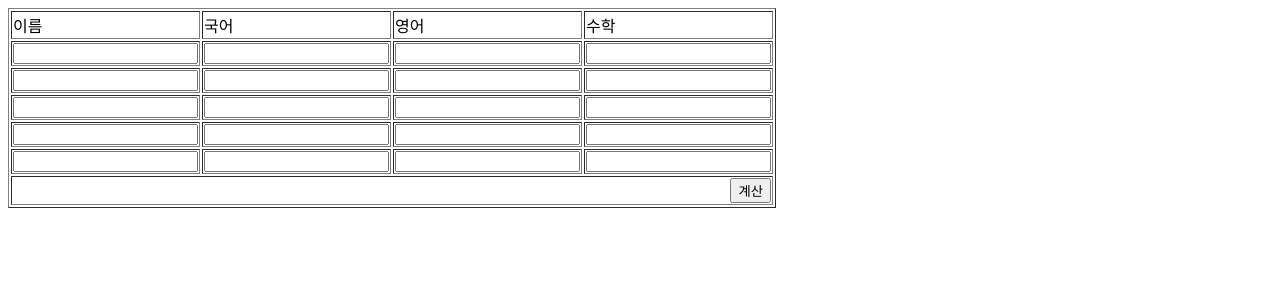
Repository: pshho/newJspProject
Page: http://localhost/JspProj/calc/student.jsp
These files come from the project's save history. The page is drawn as it stood at one moment and after the next save; the edit follows.
The browser window is 1280 px wide. The pictures show the whole page.
The page is served by Tomcat 9.

Above is the page before, as saved 2023-07-27 08:18:14.

After the next save:
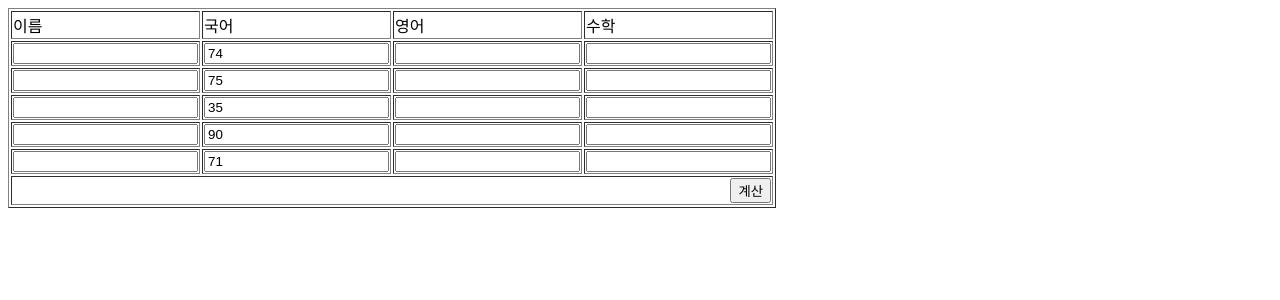
Saved 17 min 50 s later.
--- a/JspProj/src/main/webapp/calc/student.jsp
+++ b/JspProj/src/main/webapp/calc/student.jsp
@@ -21,7 +21,7 @@
 				%>
 				<tr>
 					<td><input type="text" name="std" /></td>
-					<td><input type="text" name="kor" /></td>
+					<td><input type="text" name="kor" value="<%= (int)(Math.random()*100)+1 %>"/></td>
 					<td><input type="text" name="eng" /></td>
 					<td><input type="text" name="math" /></td>
 				</tr>
